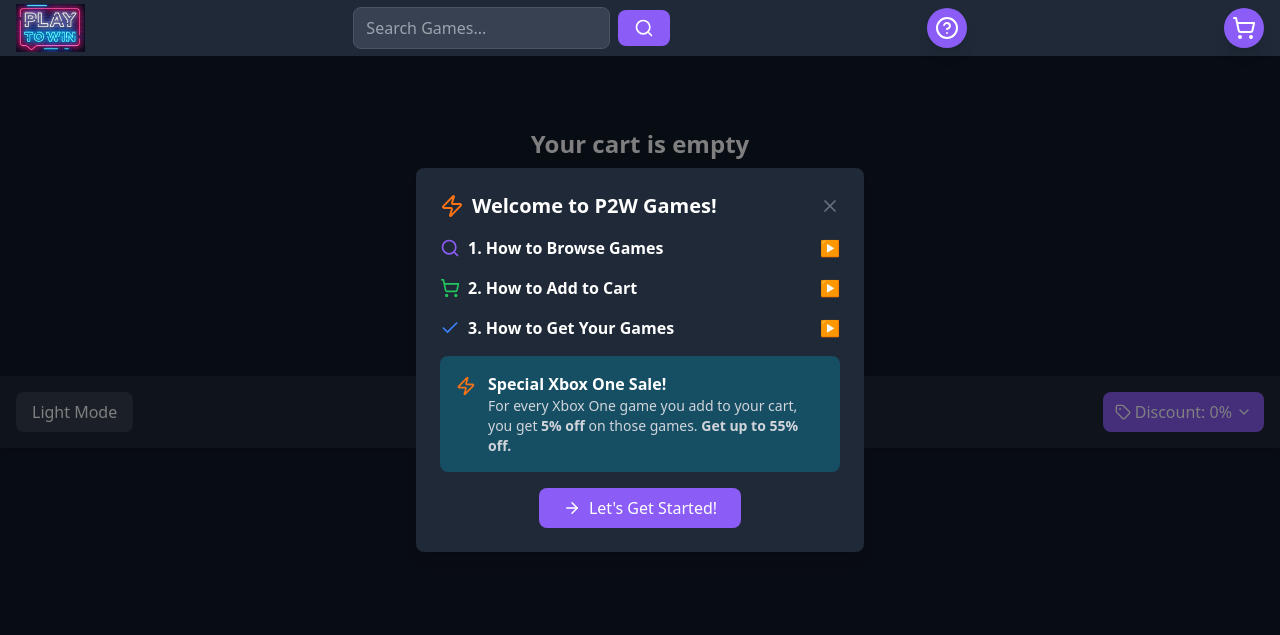
Repository: Play2Win777/P2W-Superbase
Page: /checkout
An editor plug-in stored every save of this project. The page is shown before and after the next save, followed by the edit.
The browser window is 1280 px wide. The pictures show the whole page.
The page's requests for data from a server got no answer. The project was rebuilt for these pictures with package versions that can differ from the ones it lists, and the page was loaded fresh each time. No one was signed in, and anything a server would have sent is missing. Also part of the build but not shown: vite.config.ts, src/components/Filters.tsx, src/components/GameCard.tsx, src/components/FlashSaleBadge.tsx, src/pages/GameDetails.tsx, src/pages/FlashSalePage.tsx, src/pages/IntroSalePage.tsx, src/components/Toast.tsx.

Above is the page before, as saved 2025-03-23 12:02:43.

After the next save:
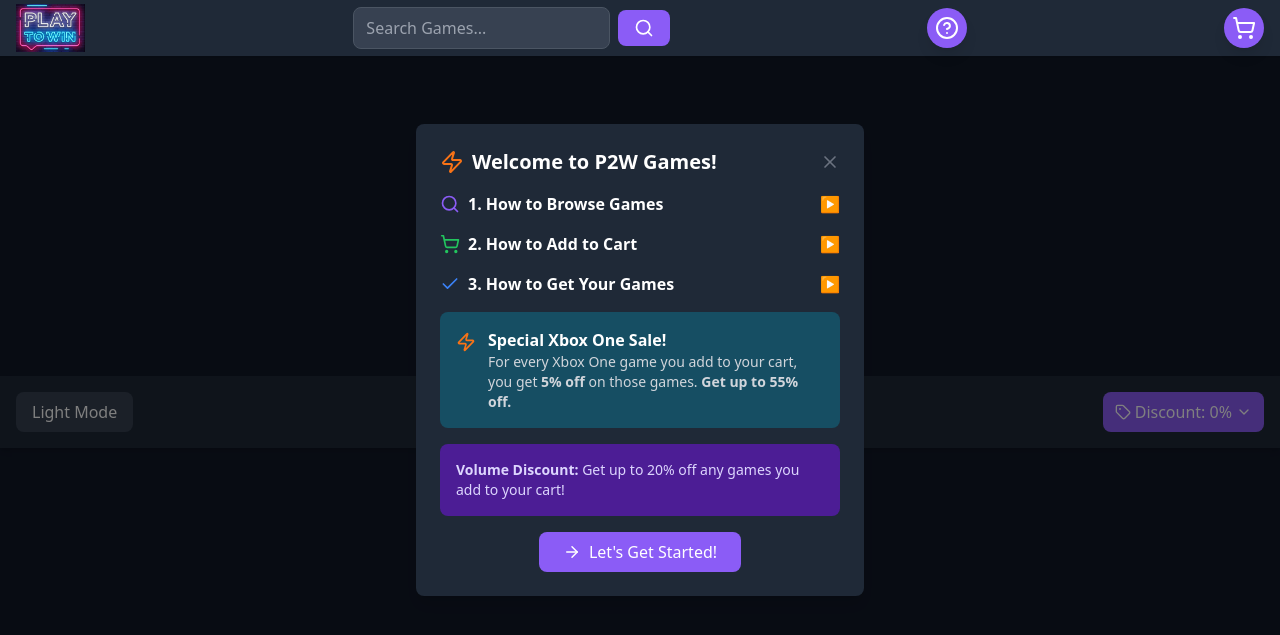
Saved 19 min 33 s later.
--- a/src/App.tsx
+++ b/src/App.tsx
@@ -115,12 +115,24 @@
           <div className="flex items-start gap-3">
             <Zap size={20} className="flex-shrink-0 mt-1 text-orange-500" />
             <div>
-              <p className="font-semibold dark:text-white">Special Xbox One Sale!</p>
+              <a
+                href="/intro-sale" // Link to IntroSalePage
+                className="font-semibold dark:text-white hover:underline"
+              >
+                Special Xbox One Sale!
+              </a>
               <p className="text-sm dark:text-gray-300">
                 For every Xbox One game you add to your cart, you get <strong>5% off</strong> on those games. <strong>Get up to 55% off.</strong>
               </p>
             </div>
           </div>
+        </div>
+
+        {/* Volume Discount Section */}
+        <div className="mt-4 p-4 bg-purple-50 dark:bg-purple-900 rounded-lg">
+          <p className="text-sm text-purple-700 dark:text-purple-200">
+            <strong>Volume Discount:</strong> Get up to 20% off any games you add to your cart!
+          </p>
         </div>
 
         {/* Call to Action */}
